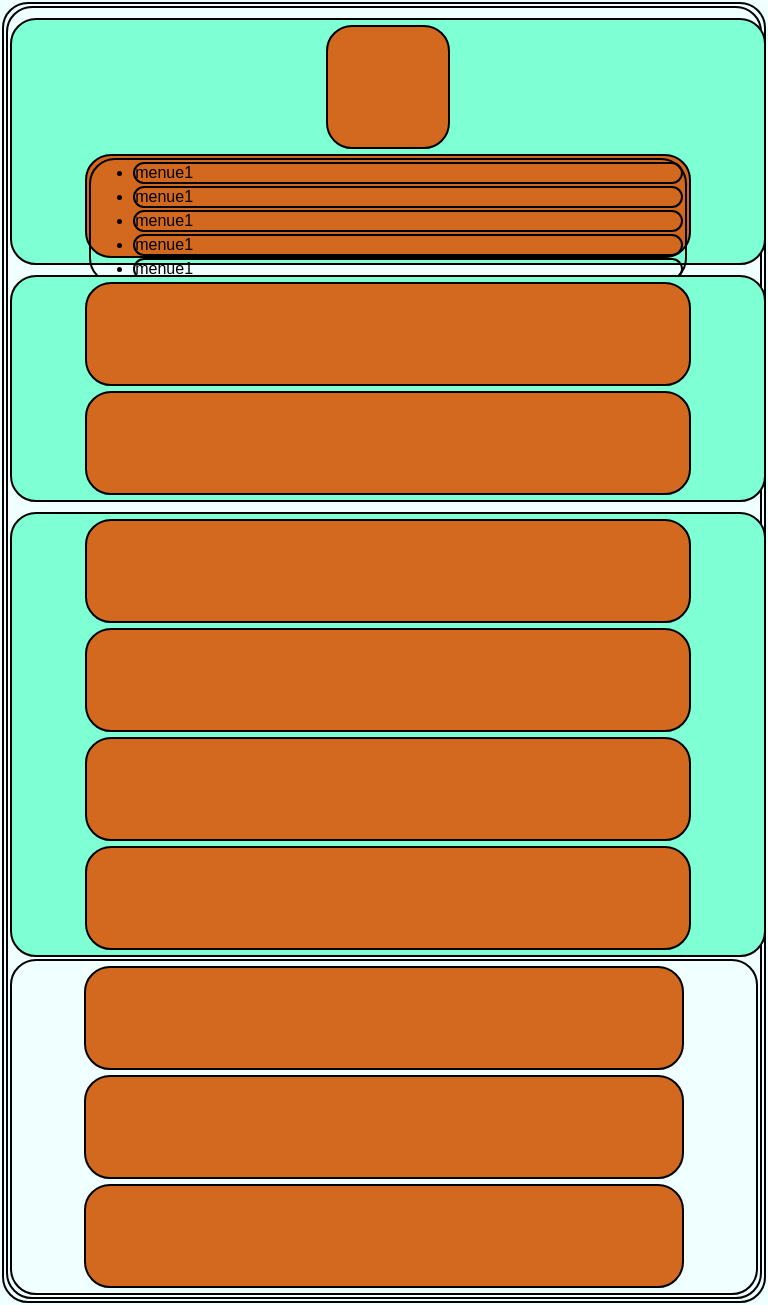
Repository: clairedupuich/cv-claireDUPUICH
Page: cv.html
The author's editor kept a copy of each file at every save. The page is drawn from the files as they stood at one save, then again after the next save.
The browser window is 768 px wide. The pictures show the whole page.

Above is the page before, as saved 2020-10-08 12:59:38.

### cv.html
<!DOCTYPE html>
<html lang="fr" dir="ltr">
  <head>
    <meta charset="utf-8">
    <title>Exercice</title>
    <link rel="stylesheet" href="cv.css">
  </head>
  <body>
    <section class="header">
        <div class="img">
        </div>
        <div class="nav">
            <ul>
                <li>menue1</li>
                <li>menue1</li>
                <li>menue1</li>
                <li>menue1</li>
                <li>menue1</li>
            </ul>
        </div>
    </section>
      <section class="section 1">
          <div class="article1_1">
          </div>
          <div class="article1_2">
          </div>
      </section>
      <section class="section2">
        <div class="article2_1">
        </div>
        <div class="article2_2">
        </div>
        <div class="article2_3">
        </div>
        <div class="article2_4">
        </div>
      </section>
      <footer>
          <div class='footer1'>
          </div>
        <div class="footer2">
        </div>
        <div class="footer3">
        </div>
    </footer>
  </body>
</html>

### cv.css

@media screen and (max-width: 768px)
{
    * {
        font-family: Avenir, sans-serif;
        border: 2px solid black;
        border-radius: 26px;
        margin: 2px;

    }

    body {
        background-color: azure;


    }
    section {
        margin-top: 10px;
        width: 100%;
        background-color: aquamarine;


    }
    div {
        margin: 5px auto;
        width:80% ;
        height: 100px;
        background-color: chocolate;
    }
    .img {
        width:120px;
        height: 120px;
        text-align: left;
    }

}

After the next save:
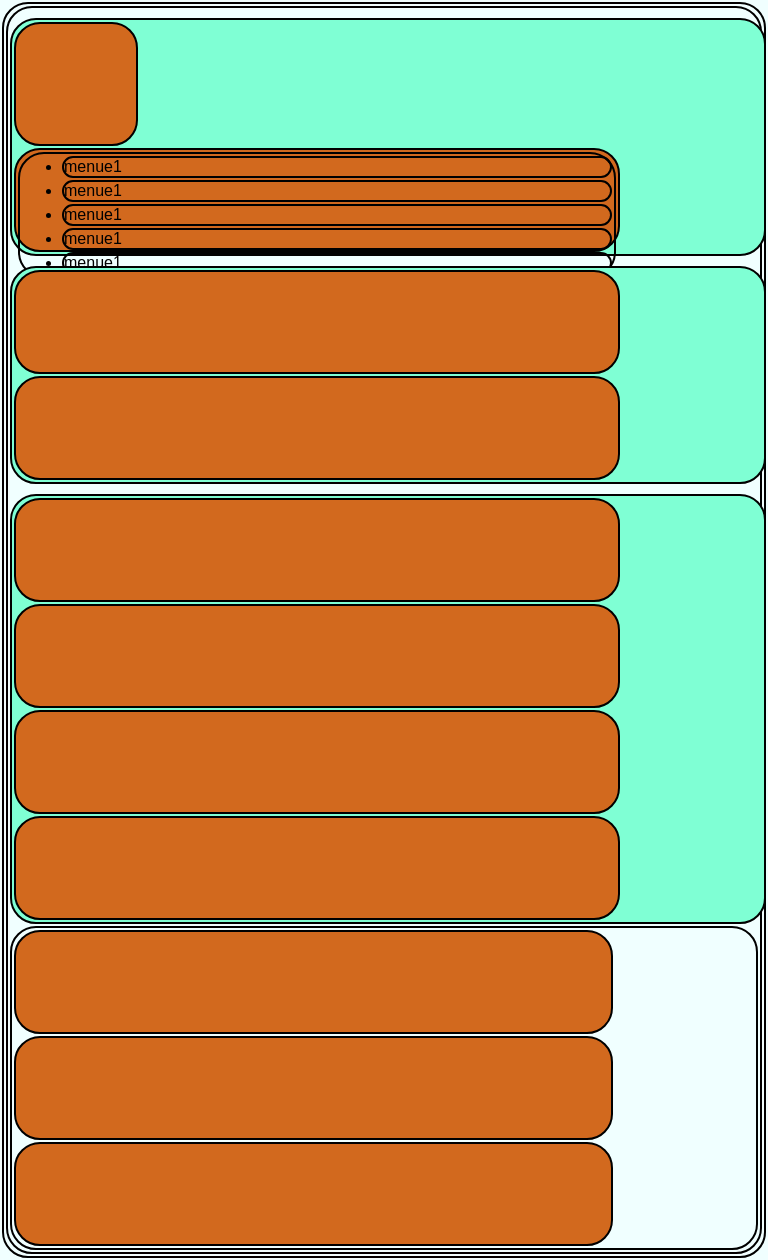
Saved 98 s later.
--- a/cv.css
+++ b/cv.css
@@ -22,11 +22,14 @@
 
     }
     div {
-        margin: 5px auto;
+       /*  margin: 5px auto; */
         width:80% ;
         height: 100px;
         background-color: chocolate;
+
     }
+
+
     .img {
         width:120px;
         height: 120px;
